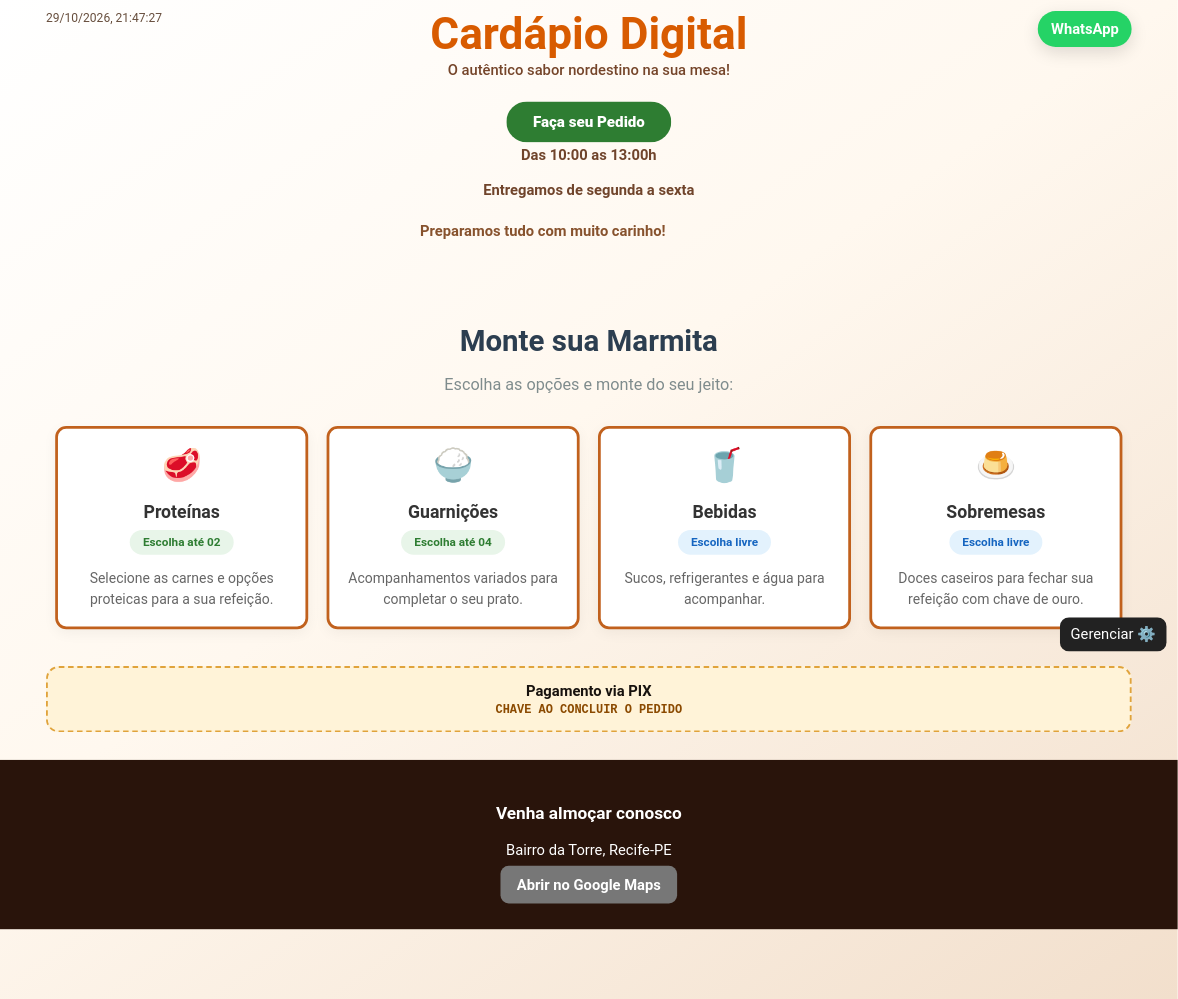
Repository: JeffRodFer/sd-copy-01-frontend
Page: index.html
The author's editor kept a copy of each file at every save. The page is drawn from the files as they stood at one save, then again after the next save.
The browser window is 1280 px wide. The pictures show the whole page, at 92% of full size.
The page's requests for data from a server got no answer.

Above is the page before, as saved 2026-10-30 22:53:15.

### index.html
<!DOCTYPE html>
<html lang="pt-BR">

<head>
  <meta charset="UTF-8">
  <meta name="viewport" content="width=device-width, initial-scale=1.0">
  <title>Cardápio Digital</title>
  <link rel="stylesheet" href="style.css">
</head>

<body>


  <header class="container">

    <div class="topbar">

      <div id="datetime" class="datetime"></div>


      <div class="brand">

        <h1>
          Cardápio Digital
        </h1>

        <p>
          O autêntico sabor nordestino na sua mesa!
        </p>

      </div>


      <a id="wa-float-link" class="wa-float" href="https://wa.me/5581920036280" target="_blank" rel="noopener">
        WhatsApp
      </a>

    </div>


    <button class="cta" id="openOrder">
      Faça seu Pedido
    </button>


    <div class="notice">
      Das 10:00 as 13:00h <br><br>
      Entregamos de segunda a sexta
    </div>

  </header>


  <main class="container" id="menu"></main>


  <div class="container note">
    Preparamos tudo com muito carinho!
  </div>

  <section class="menu-categories-section">
  <h2>Monte sua Marmita</h2>
  <p class="subtitle">Escolha as opções e monte do seu jeito:</p>

  <div class="categories-grid">
    <!-- Card Proteínas -->
    <div class="category-card">
      <div class="category-icon">🥩</div>
      <h3>Proteínas</h3>
      <span class="badge-limit">Escolha até 02</span>
      <p>Selecione as carnes e opções proteicas para a sua refeição.</p>
    </div>

    <!-- Card Guarnições -->
    <div class="category-card">
      <div class="category-icon">🍚</div>
      <h3>Guarnições</h3>
      <span class="badge-limit">Escolha até 04</span>
      <p>Acompanhamentos variados para completar o seu prato.</p>
    </div>

    <!-- Card Bebidas -->
    <div class="category-card">
      <div class="category-icon">🥤</div>
      <h3>Bebidas</h3>
      <span class="badge-limit livre">Escolha livre</span>
      <p>Sucos, refrigerantes e água para acompanhar.</p>
    </div>

    <!-- Card Sobremesas -->
    <div class="category-card">
      <div class="category-icon">🍮</div>
      <h3>Sobremesas</h3>
      <span class="badge-limit livre">Escolha livre</span>
      <p>Doces caseiros para fechar sua refeição com chave de ouro.</p>
    </div>
  </div>
</section>


  <div class="container pix">

    <strong>
      Pagamento via PIX
    </strong>

    <br>


    <code>
    CHAVE AO CONCLUIR O PEDIDO
  </code>

  </div>


  <footer class="footer">

    <div class="container">

      <h3>
        Venha almoçar conosco
      </h3>

      <div>
        Bairro da Torre, Recife-PE
      </div>


      <a class="maps" href="https://maps.google.com/?q=Rua+Vermelha+02+Torre" target="_blank" rel="noopener">
        Abrir no Google Maps
      </a>


    </div>

  </footer>


  <button class="manage" id="openAdmin">
    Gerenciar ⚙️
  </button>
  <br>
  <br>
  <br>
  <br>

  <!-- =====================================================
     MODAL DO PEDIDO
     ===================================================== -->

  <div class="overlay hidden" id="orderOverlay">

    <div class="modal">


      <!-- PASSO 1 -->

      <div id="orderStep1" class="step active">

        <h2>
          Faça seu Pedido
        </h2>


        <div id="orderError1" class="error hidden"></div>


        <div class="form-grid">


          <div class="field">

            <label>
              Nome Completo
            </label>

            <input id="customerName" autocomplete="name">

          </div>


          <div class="field">

            <label>
              Telefone
            </label>

            <input id="customerPhone" inputmode="tel" autocomplete="tel" maxlength="15" placeholder="(81) 99999-8888">

          </div>


          <div class="field full">

            <label>
              Endereço de Entrega
            </label>

            <input id="customerAddress" autocomplete="street-address">

          </div>


          <div class="field">

            <label>
              Quantidade de Marmitas
            </label>

            <input id="mealCount" type="number" min="1" max="20" value="1">

          </div>


        </div>


        <div class="delivery">

          <label>

            <input type="radio" name="delivery" value="true" checked>

            Entrega em casa - R$ 5,00

          </label>


          <label>

            <input type="radio" name="delivery" value="false">

            Retirar no Restaurante - R$ 0,00

          </label>

        </div>


        <div class="actions">

          <button class="btn gray" id="closeOrder1">
            Cancelar
          </button>


          <button class="btn green" id="toStep2">
            Continuar
          </button>

        </div>

      </div>


      <!-- PASSO 2 -->

      <div id="orderStep2" class="step">

        <h2>
          Monte suas Marmitas
        </h2>


        <div id="orderError2" class="error hidden"></div>


        <div id="marmitas"></div>


        <div class="actions">

          <button type="button" class="btn gray" id="backStep1">
            Voltar
          </button>


          <button type="button" class="btn green" id="toStep3" onclick="clicarEncerrarPedido(event)">
            Encerrar e seguir
          </button>

        </div>

      </div>


      <!-- PASSO 3 -->
      <div id="orderStep3" class="step">

        <h2>Resumo do Pedido</h2>

        <div id="orderSummary" class="order-text"></div>

        <div id="finalTotal" class="total"></div>

        <div class="actions">
          <button class="btn red" id="cancelFinal">
            Voltar
          </button>

          <button class="btn green" id="sendRestaurant">
            Enviar Pedido ao Restaurante
          </button>
        </div>

      </div>

    </div>

  </div>


  <!-- =====================================================
     MODAL ADMINISTRATIVO
     ===================================================== -->

  <div class="overlay hidden" id="adminOverlay">

    <div class="admin-modal">

      <h2>
        Gerenciar Cardápio
      </h2>


      <div id="adminError" class="error hidden"></div>


      <!-- LOGIN -->

      <div id="adminLogin">

        <div class="field">

          <label>
            Usuário
          </label>

          <input id="adminUser" autocomplete="username" value="admin">

        </div>


        <div class="field" style="margin-top:10px">

          <label>
            Senha
          </label>

          <input id="adminPassword" type="password" autocomplete="current-password">

        </div>


        <div class="actions">

          <button class="btn gray" id="closeAdminLogin">
            Fechar
          </button>


          <button class="btn green" id="adminLoginBtn">
            Entrar
          </button>

        </div>

      </div>


      <!-- PAINEL -->

      <div id="adminPanel" class="hidden">

        <div id="adminItems" class="admin-grid"></div>


        <div class="actions">

          <button class="btn gray" id="adminClose">
            Fechar
          </button>


          <button class="btn green" id="adminSave">
            Salvar alterações
          </button>

        </div>

      </div>

    </div>

  </div>


  <script src="script.js"></script>
</body>

</html>

### style.css
:root {
      --orange: #f57c00;
      --brown: #6d3414;
      --green: #2e7d32;
      --red: #d32f2f;
      --blue: #1976d2;
      --purple: #7b1fa2;
      --cream: #fffaf5;
      --line: #eadfd6;
      --muted: #666;
    }

    * {
      box-sizing: border-box;
    }

    html {
      scroll-behavior: smooth;
    }

    body {
      margin: 0;
      background:
        linear-gradient(145deg,
          #fff 0%,
          #fff8ef 45%,
          #f2dfcc 100%);
      color: #17120e;
      font-family: Roboto, Arial, sans-serif;
      min-height: 100vh;
    }

    button,
    input,
    textarea {
      font: inherit;
    }

    button {
      cursor: pointer;
      border: 0;
    }

    .container {
      width: min(1180px, 94%);
      margin: auto;
    }


    /* HEADER */

    .topbar {
      display: grid;
      grid-template-columns: 1fr auto 1fr;
      align-items: start;
      padding: 12px 0;
      gap: 10px;
    }

    .datetime {
      font-size: .82rem;
      color: #674e3d;
    }

    .brand {
      text-align: center;
    }

    .brand h1 {
      margin: 0;
      color: #d85b00;
      font-size: clamp(1.8rem, 5vw, 3rem);
      line-height: 1.05;
    }

    .brand p {
      margin: 5px 0;
      color: #75452a;
      font-weight: 500;
    }

    .wa-float {
      justify-self: end;
      background: #25d366;
      color: #fff;
      padding: 10px 14px;
      border-radius: 999px;
      text-decoration: none;
      font-weight: 700;
      box-shadow: 0 6px 18px #0002;
    }

    .cta {
      display: block;
      margin: 8px auto 5px;
      background: var(--green);
      color: #fff;
      border-radius: 999px;
      padding: 12px 28px;
      font-weight: 800;
      font-size: 1rem;
      animation: pulse 2s infinite;
    }

    .notice {
      text-align: center;
      color: #70442b;
      font-weight: 700;
      margin-bottom: 18px;
    }

    @keyframes pulse {

      0%,
      100% {
        transform: scale(1);
      }

      50% {
        transform: scale(1.03);
      }
    }


    /* CARDÁPIO */

    .section {
      margin: 20px 0;
    }

    .section h2 {
      margin: 0 0 12px;
      color: var(--brown);
    }

    .grid {
      display: grid;
      grid-template-columns:
        repeat(auto-fit,
          minmax(180px, 1fr));
      gap: 10px;
    }

    .card {
      background: #fff;
      border: 1px solid var(--line);
      border-radius: 14px;
      padding: 14px;
      box-shadow:
        0 3px 12px #5a2a0d12;
    }

    .card strong {
      display: block;
    }

    .unavailable {
      opacity: .52;
    }

    .badge {
      display: inline-block;
      margin-top: 7px;
      font-size: .78rem;
      background: #eee;
      padding: 4px 8px;
      border-radius: 999px;
    }

    .accent-guarnicoes {
      border-top: 5px solid #8b5a2b;
    }

    .accent-proteinas {
      border-top: 5px solid #d32f2f;
    }

    .accent-bebidas {
      border-top: 5px solid #1976d2;
    }

    .accent-sobremesas {
      border-top: 5px solid #7b1fa2;
    }

    .note {
      text-align: center;
      font-weight: 700;
      color: #87522d;
      margin: 25px 0;
    }

    .pix {
      background: #fff3d8;
      border: 2px dashed #e0a33b;
      border-radius: 14px;
      padding: 15px;
      text-align: center;
    }

    .pix code {
      font-weight: 800;
      color: #8b4a00;
      word-break: break-all;
    }


    /* FOOTER */

    .footer {
      margin-top: 30px;
      background: #29140b;
      color: #fff;
      padding: 28px 0;
      text-align: center;
    }

    .maps {
      display: inline-block;
      background: #777;
      color: #fff;
      padding: 11px 18px;
      border-radius: 9px;
      text-decoration: none;
      font-weight: 700;
      margin-top: 8px;
    }

    .manage {
      position: fixed;
      right: 12px;
      bottom: 12px;
      background: #222;
      color: #fff;
      padding: 9px 12px;
      border-radius: 10px;
      z-index: 20;
    }


    /* MODAIS */

    .overlay {
      position: fixed;
      inset: 0;
      background: #0009;
      display: flex;
      align-items: center;
      justify-content: center;
      padding: 12px;
      z-index: 100;
    }

    .hidden {
      display: none !important;
    }

    .modal {
      background: #fff;
      width: min(1050px, 100%);
      max-height: 94vh;
      overflow: auto;
      border-radius: 18px;
      box-shadow: 0 20px 70px #0007;
      padding: 22px;
    }

    .modal h2 {
      color: var(--brown);
      margin: 0 0 18px;
    }

    .step {
      display: none;
    }

    /* =====================================================
ESTILOS DA SEÇÃO DE CATEGORIAS (PÁGINA PRINCIPAL)
===================================================== */
.menu-categories-section {
  padding: 40px 20px;
  text-align: center;
  max-width: 1200px;
  margin: 0 auto;
}

.menu-categories-section h2 {
  font-size: 2rem;
  color: #2c3e50;
  margin-bottom: 8px;
  font-weight: 700;
}

.menu-categories-section .subtitle {
  color: #7f8c8d;
  margin-bottom: 35px;
  font-size: 1.1rem;
}

.categories-grid {
  display: grid;
  grid-template-columns: repeat(auto-fit, minmax(250px, 1fr));
  gap: 20px;
  justify-content: center;
}

.category-card {
  background: #ffffff;
  border-radius: 12px;
  padding: 18px 15px;
  box-shadow: 0 4px 15px rgba(0, 0, 0, 0.05);
  transition: transform 0.3s ease, box-shadow 0.3s ease;
  border: 3px solid #c1611d;
  text-align: center;
}

.category-card:hover {
  transform: translateY(-5px);
  box-shadow: 0 8px 25px rgba(233, 83, 46, 0.1);
  border-color: 2px #d85b00;
}

.category-icon {
  font-size: 2.2rem;
  margin-bottom: 8px;
}

.category-card h3 {
  font-size: 1.2rem;
  color: #333333;
  margin-bottom: 8px;
}

.badge-limit {
  display: inline-block;
  background-color: #e8f5e9;
  color: #2e7d32;
  font-weight: 600;
  font-size: 0.8rem;
  padding: 6px 14px;
  border-radius: 20px;
  margin-bottom: 15px;
}

.badge-limit.livre {
  background-color: #e3f2fd;
  color: #1565c0;
}

.category-card p {
  color: #666666;
  font-size: 0.95rem;
  line-height: 1.5;
  margin: 0;
  border-radius: 2px #8b4a00;
}

    .step.active {
      display: block;
    }


    /* FORMULÁRIO */

    .form-grid {
      display: grid;
      grid-template-columns: 1fr;
      gap: 12px;
    }

    .field label {
      display: block;
      font-weight: 700;
      margin-bottom: 5px;
    }

    .field input,
    .field textarea,
    .field select {
      width: 100%;
      padding: 11px;
      border: 1px solid #cfcfcf;
      border-radius: 10px;
      background: #fff;
    }

    .field textarea {
      min-height: 75px;
      resize: vertical;
    }

    .delivery {
      display: grid;
      gap: 9px;
      margin: 12px 0;
    }

    .delivery label {
      border: 1px solid #ddd;
      border-radius: 10px;
      padding: 12px;
    }


    /* MARMITAS */

    .marmita {
      border: 1px solid #ddd;
      border-radius: 15px;
      padding: 14px;
      margin: 14px 0;
      background: #fff;
    }

    .marmita h3 {
      margin: 0 0 12px;
      color: #7b401f;
    }

    .choice-group {
      margin: 13px 0;
    }

    .choice-group h4 {
      margin: 0 0 8px;
    }

    .choices {
      display: grid;
      grid-template-columns:
        repeat(auto-fit,
          minmax(190px, 1fr));
      gap: 8px;
    }

    .check {
      border: 1px solid #ddd;
      border-radius: 10px;
      padding: 9px;
      background: #fafafa;
    }

    .check input {
      margin-right: 6px;
    }

    .limit {
      font-size: .8rem;
      color: var(--muted);
      margin: 5px 0;
    }


    /*
  IMPORTANTE:
  A linha de quantidade agora é uma GRID
  com nome + preço + menos + quantidade + mais.
  Assim o + nunca cai para a linha de baixo.
*/

    .qty-list {
      display: grid;
      gap: 7px;
    }

    .qty-row {
      display: grid;

      grid-template-columns:
        minmax(0, 1fr) auto auto auto auto;

      align-items: center;

      gap: 8px;

      border: 1px solid #eee;
      border-radius: 11px;
      padding: 8px;

      background: #faf8f6;
    }

    .qty-name {
      min-width: 0;
      font-weight: 700;
      overflow-wrap: anywhere;
    }

    .qty-price {
      font-size: .9rem;
      color: #555;
      white-space: nowrap;
    }

    .qty-btn {
      width: 36px;
      height: 36px;
      border-radius: 9px;
      background: #eee;
      font-weight: 900;
      font-size: 1.1rem;
    }

    .qty-value {
      min-width: 22px;
      text-align: center;
      font-weight: 800;
    }


    /* BOTÕES */

    .actions {
      display: flex;
      gap: 10px;
      justify-content: flex-end;
      flex-wrap: wrap;
      margin-top: 18px;
    }

    .btn {
      padding: 12px 18px;
      border-radius: 10px;
      font-weight: 800;
    }

    .btn.green {
      background: #2e7d32;
      color: #fff;
    }

    .btn.red {
      background: #e57373;
      color: #fff;
    }

    .btn.gray {
      background: #eee;
    }

    .total {
      font-size: 1.2rem;
      text-align: right;
      color: #18752b;
      font-weight: 900;
      margin-top: 14px;
    }

    .error {
      background: #ffe5e5;
      color: #9b1c1c;
      padding: 10px;
      border-radius: 9px;
      margin: 10px 0;
    }

    .order-text {
      background: #f5f5f5;
      padding: 14px;
      border-radius: 12px;
      white-space: pre-wrap;
      font-family: monospace;
      line-height: 1.45;
    }


    /* ADMIN */

    .admin-modal {
      background: #f5f5f5;
      width: min(1100px, 100%);
      max-height: 92vh;
      overflow: auto;
      border-radius: 18px;
      padding: 20px;
    }

    .admin-grid {
      display: grid;
      grid-template-columns: 1fr;
      gap: 16px;
    }

    .admin-section {
      background: #fff;
      padding: 14px;
      border-radius: 14px;
    }

    .admin-item {
      display: flex;
      align-items: center;
      justify-content: space-between;
      gap: 10px;
      padding: 9px 0;
      border-bottom: 1px solid #eee;
    }

    .admin-item:last-child {
      border-bottom: 0;
    }

    .switch {
      position: relative;
      width: 50px;
      height: 28px;
      flex: 0 0 auto;
    }

    .switch input {
      display: none;
    }

    .slider {
      position: absolute;
      inset: 0;
      background: #bbb;
      border-radius: 30px;
    }

    .slider:before {
      content: "";
      position: absolute;
      width: 22px;
      height: 22px;
      left: 3px;
      top: 3px;
      background: #fff;
      border-radius: 50%;
      transition: .2s;
    }

    .switch input:checked+.slider {
      background: #2e7d32;
    }

    .switch input:checked+.slider:before {
      transform: translateX(22px);
    }


    /* RESPONSIVO */

    @media(min-width:700px) {

      .form-grid {
        grid-template-columns:
          1fr 1fr;
      }

      .form-grid .full {
        grid-column: 1/-1;
      }

      .admin-grid {
        grid-template-columns:
          1fr 1fr;
      }

    }


    @media(max-width:600px) {

      .topbar {
        grid-template-columns:
          1fr auto;
      }

      .brand {
        grid-column: 1/-1;
        grid-row: 1;
      }

      .datetime {
        grid-column: 1;
      }

      .wa-float {
        grid-column: 2;
      }

      /*
    Mantém TODOS os controles da bebida
    na mesma linha.
  */

      .qty-row {
        grid-template-columns:
          minmax(0, 1fr) auto auto auto auto;
      }

      .qty-price {
        font-size: .8rem;
      }

      .modal {
        padding: 15px;
      }

      .actions .btn {
        flex: 1 1 100%;
      }

    }

Loaded but not shown: script.js (1589 lines, source omitted)

After the next save:
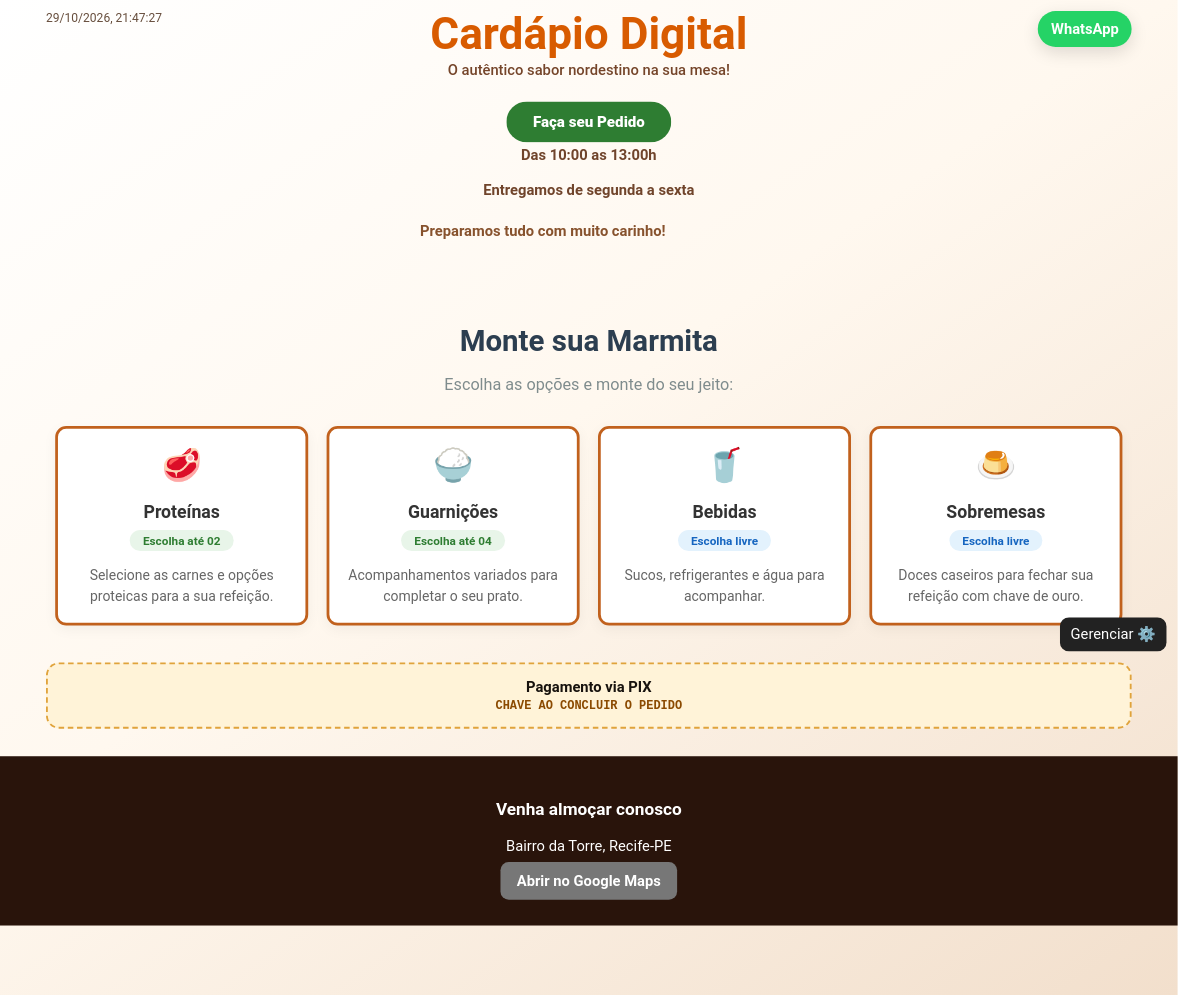
Saved 7 s later.
--- a/style.css
+++ b/style.css
@@ -337,7 +337,7 @@ ESTILOS DA SEÇÃO DE CATEGORIAS (PÁGINA PRINCIPAL)
   color: #2e7d32;
   font-weight: 600;
   font-size: 0.8rem;
-  padding: 6px 14px;
+  padding: 4px 14px;
   border-radius: 20px;
   margin-bottom: 15px;
 }
